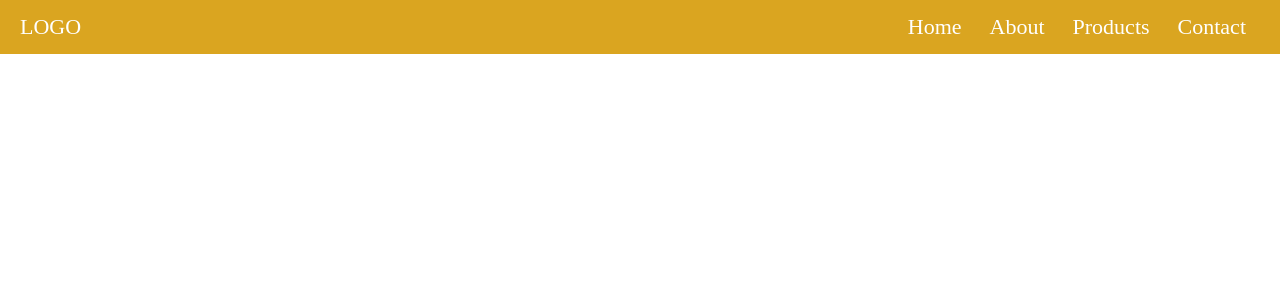
Repository: albayrakfatih/Flex-Navbar
Page: navbar-w-flexbox.html
An editor plug-in stored every save of this project. The page is shown before and after a run of saves, followed by the edit.
The browser window is 1280 px wide. The pictures show the whole page.

Above is the page before, as saved 2023-05-09 20:45:49.

After the next 2 saves:
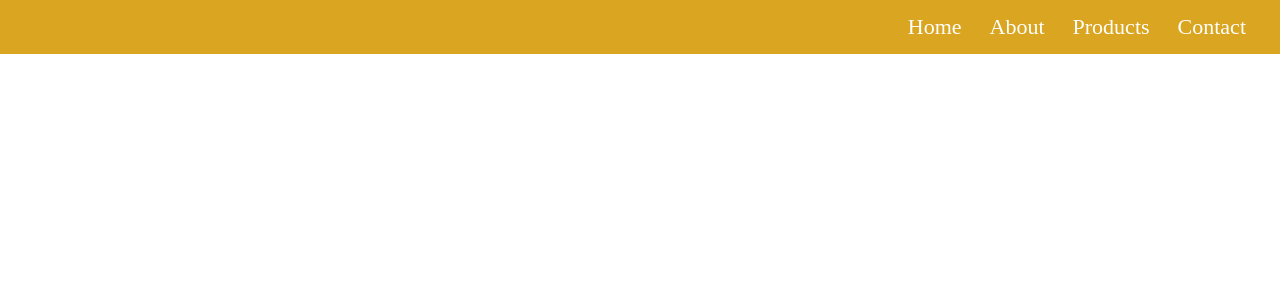
The 2 saves are shown as one change because they came seconds apart.
The last was saved 3 min 41 s later.
--- a/navbar-w-flexbox.html
+++ b/navbar-w-flexbox.html
@@ -12,7 +12,7 @@
 
 
     <nav id="navId" class="responsive">
-        <a href="" class="logo">LOGO</a>
+        <a href="" class="logo"><img src="" alt=""></a>
         <ul class="navigation">
             <li><a href="#">Home</a></li>
             <li><a href="#">About</a></li>
